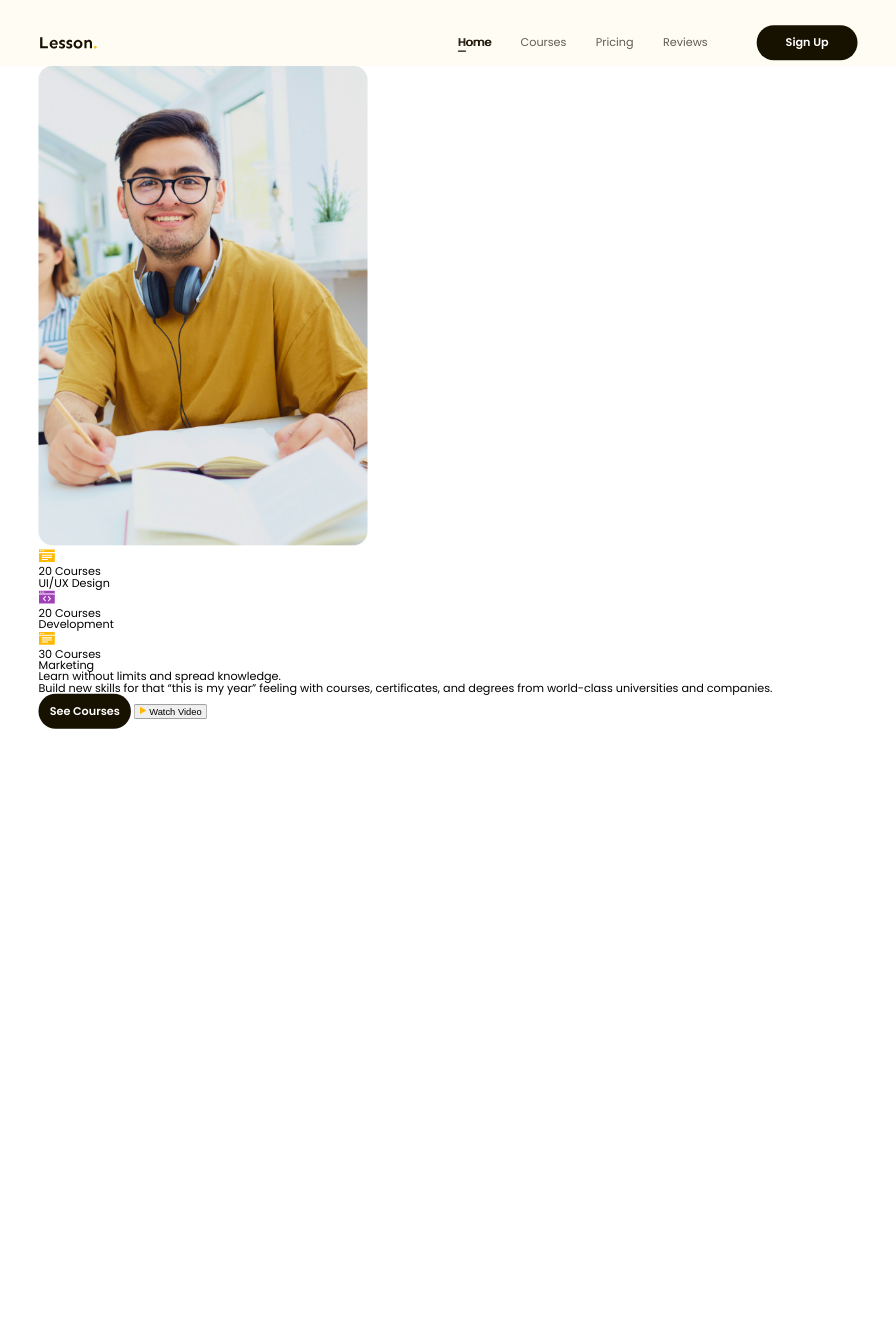
Repository: Tibi2003/f8-htmlcss-02
Page: index.html
An editor plug-in stored every save of this project. The page is shown before and after the next save, followed by the edit.
The browser window is 1280 px wide. The pictures show the part of the page from y = 0 to 1920 px (the page is 5000 px tall), at 70% of full size.

Above is the page before, as saved 2024-03-07 09:30:47.

### index.html
<!DOCTYPE html>
<html lang="en">
	<head>
		<meta charset="UTF-8" />
		<meta name="viewport" content="width=device-width, initial-scale=1.0" />
		<title>F8 Project 02</title>
		<!-- Reset CSS -->
		<link rel="stylesheet" href="./assets/css/reset.css" />
		<!-- Embed fonts -->
		<link rel="preconnect" href="https://fonts.googleapis.com" />
		<link rel="preconnect" href="https://fonts.gstatic.com" crossorigin />
		<link
			href="https://fonts.googleapis.com/css2?family=Poppins:ital,wght@0,100;0,200;0,300;0,400;0,500;0,600;0,700;0,800;0,900;1,100;1,200;1,300;1,400;1,500;1,600;1,700;1,800;1,900&family=Sen:wght@400..800&display=swap"
			rel="stylesheet" />
		<!-- Styles -->
		<link rel="stylesheet" href="./assets/css/styles.css" />
	</head>
	<body>
		<main style="height: 5000px">
			<!-- Header -->
			<header class="header fixed">
				<div class="main-content">
					<div class="body">
						<!-- Logo -->
						<img
							src="./assets/img/logo.svg"
							alt="Lesson."
							class="logo" />

						<!-- Nav -->
						<nav class="nav">
							<ul>
								<li class="active">
									<a href="#!">Home</a>
								</li>
								<li>
									<a href="#!">Courses</a>
								</li>
								<li>
									<a href="#!">Pricing</a>
								</li>
								<li>
									<a href="#!">Reviews</a>
								</li>
							</ul>
						</nav>

						<!-- Action -->
						<div class="action">
							<a href="#!" class="btn sign-up-btn">Sign Up</a>
						</div>
					</div>
				</div>
			</header>

			<!-- Hero -->
			<div class="hero">
				<div class="main-content">
					<div class="body">
						<!-- Hero left -->
						<div class="media-block">
							<img
								src="./assets/img/hero-img.jpg"
								alt="Learn without limits and spread knowledge."
								class="img" />

							<div class="hero-summary">
								<div class="item">
									<div class="icon">
										<img
											src="./assets/icons/list.svg"
											alt="" />
									</div>
									<div class="info">
										<p class="label">20 Courses</p>
										<p class="title">UI/UX Design</p>
									</div>
								</div>
								<div class="item">
									<div class="icon">
										<img
											src="./assets/icons/code.svg"
											alt="" />
									</div>
									<div class="info">
										<p class="label">20 Courses</p>
										<p class="title">Development</p>
									</div>
								</div>
								<div class="item">
									<div class="icon">
										<img
											src="./assets/icons/list.svg"
											alt="" />
									</div>
									<div class="info">
										<p class="label">30 Courses</p>
										<p class="title">Marketing</p>
									</div>
								</div>
							</div>
						</div>

						<!-- Hero right -->
						<div class="content-block">
							<h1 class="heading">
								Learn without limits and spread knowledge.
							</h1>
							<p class="desc">
								Build new skills for that “this is my year”
								feeling with courses, certificates, and degrees
								from world-class universities and companies.
							</p>
							<div class="cta-group">
								<a href="#!" class="btn">See Courses</a>
								<button class="watch-video">
									<div class="icon">
										<img
											src="./assets/icons/play.svg"
											alt="" />
										<span>Watch Video</span>
									</div>
								</button>
							</div>
						</div>
					</div>
				</div>
			</div>
		</main>
	</body>
</html>

### assets/css/styles.css
* {
	box-sizing: border-box;
}

html {
	font-size: 62.5%;
}

body {
	font-size: 1.6rem;
	font-family: "Poppins", sans-serif;
}

/* Common */
.main-content {
	width: 1170px;
	max-width: calc(100% - 48px);
	margin-left: auto;
	margin-right: auto;
}

a {
	text-decoration: none;
}

.btn {
	display: inline-block;
	min-width: 118px;
	padding: 0 16px;
	line-height: 50px;
	color: #fff;
	text-align: center;
	font-size: 1.6rem;
	font-weight: 600;
	border-radius: 24.5px;
	background: #171100;
}

/* Header */
.header {
	background: #fffcf4;
}

.header.fixed {
	position: sticky;
	top: -28px;
}

.header .body {
	display: flex;
	align-items: center;
	padding: 36px 0 8px;
}

.nav {
	margin-left: auto;
}

.nav ul {
	display: flex;
}

.nav a {
	position: relative;
	padding: 8px 21px;
	color: #5f5b53;
	font-size: 1.6rem;
}

.nav a:hover,
.nav li.active a {
	/* font-weight: 600; */
	text-shadow: 1px 0 0 currentColor;
	color: #171100;
}

.nav li.active a::after {
	position: absolute;
	left: 21px;
	bottom: 6px;
	content: "";
	display: block;
	width: 12px;
	height: 2px;
	border-radius: 1px;
	background: #171100;
}

.header .sign-up-btn {
	min-width: 144px;
}

.header .action {
	margin-left: 49px;
}

Loaded but not shown: assets/css/reset.css (common file)

After the next save:
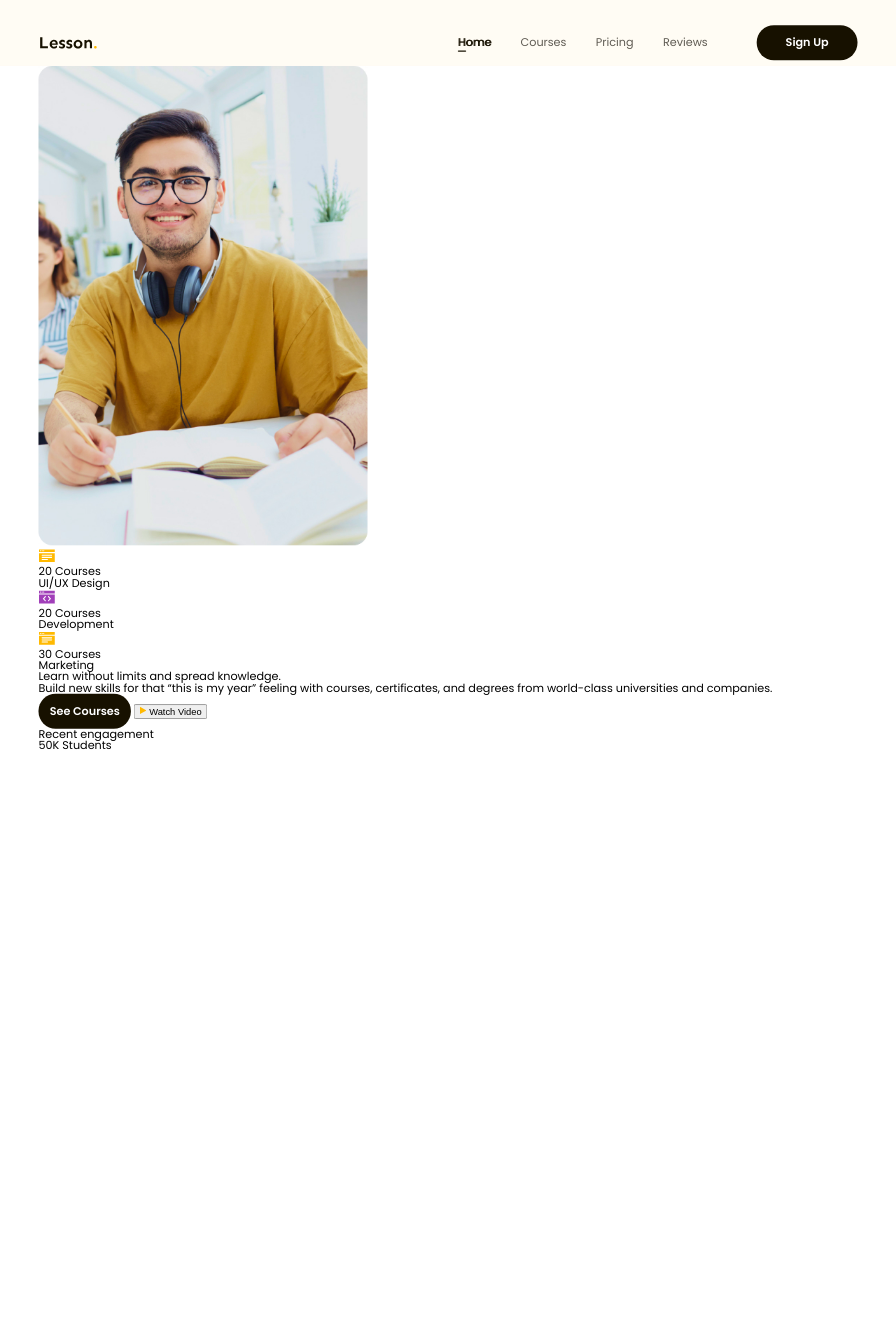
Saved 111 s later.
--- a/index.html
+++ b/index.html
@@ -122,6 +122,8 @@
 									</div>
 								</button>
 							</div>
+							<p class="desc">Recent engagement</p>
+							<p class="desc">50K Students</p>
 						</div>
 					</div>
 				</div>
